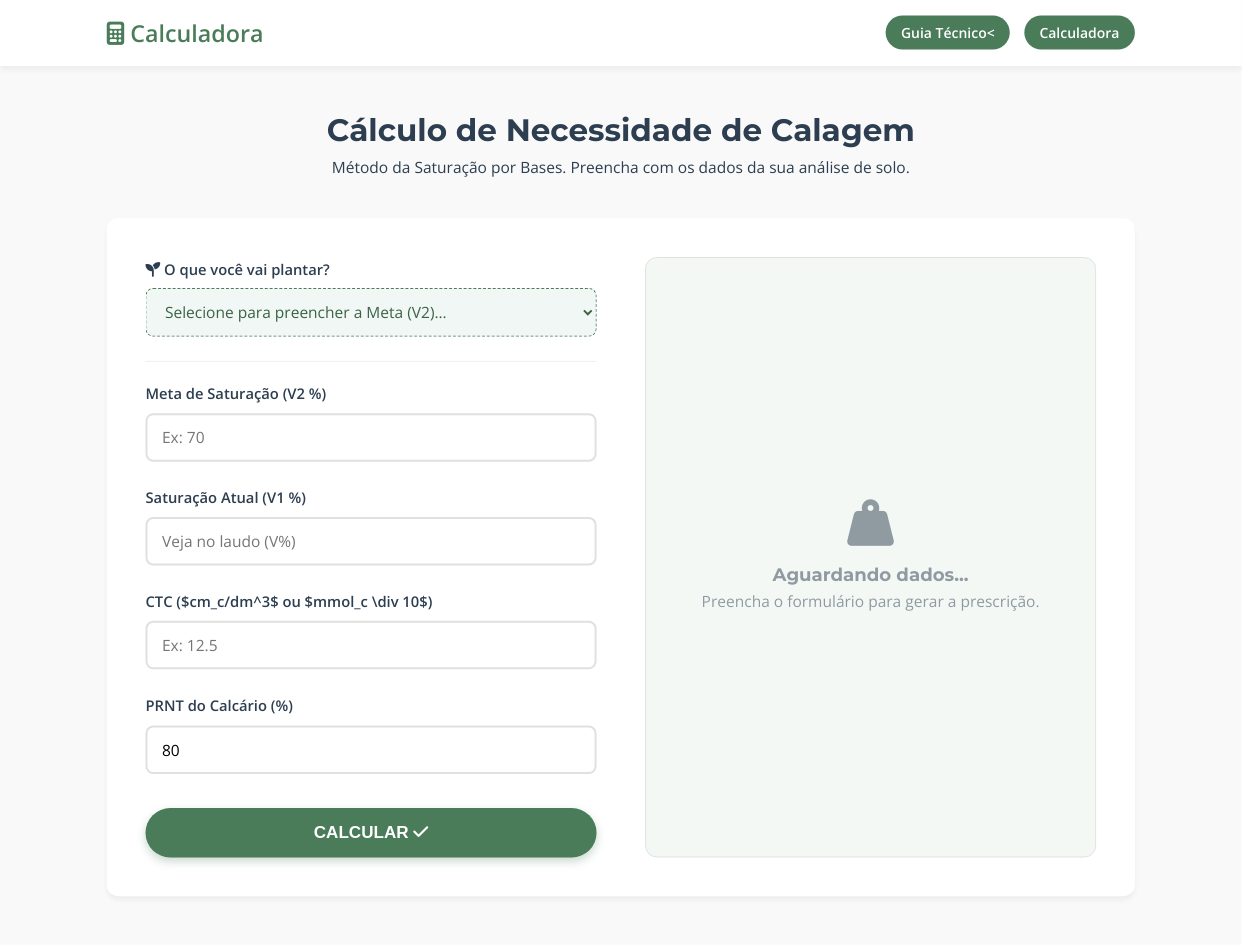
Repository: cleberfeitosa/saturacao
Page: calculadora.html
An editor plug-in stored every save of this project. The page is shown before and after a run of saves, followed by the edit.
The browser window is 1280 px wide. The pictures show the whole page, at 97% of full size.

Above is the page before, as saved 2026-01-15 16:21:28.

After the next 2 saves:
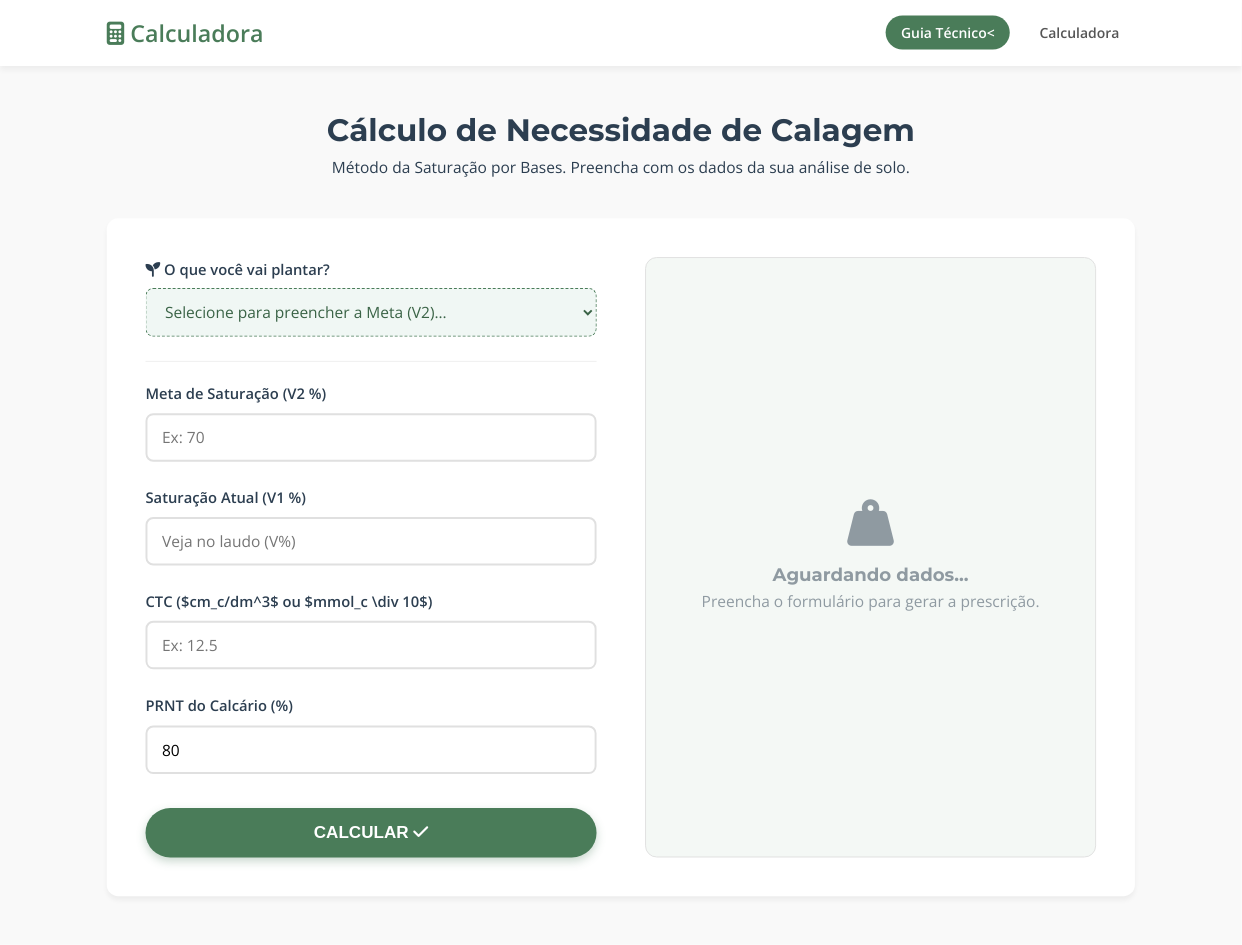
The 2 saves are shown as one change because they came seconds apart.
The last was saved 44 s later.
--- a/calculadora.html
+++ b/calculadora.html
@@ -84,7 +84,7 @@
             <a href="index.html" class="logo"><i class="fas fa-calculator"></i> Calculadora</a>
             <nav>
                 <a href="index.html" class="nav-btn active">Guia Técnico<</a>
-                <a href="calculadora.html" class="nav-btn active">Calculadora</a>
+                <a href="calculadora.html" class="nav-btn">Calculadora</a>
             </nav>
         </div>
     </header>
